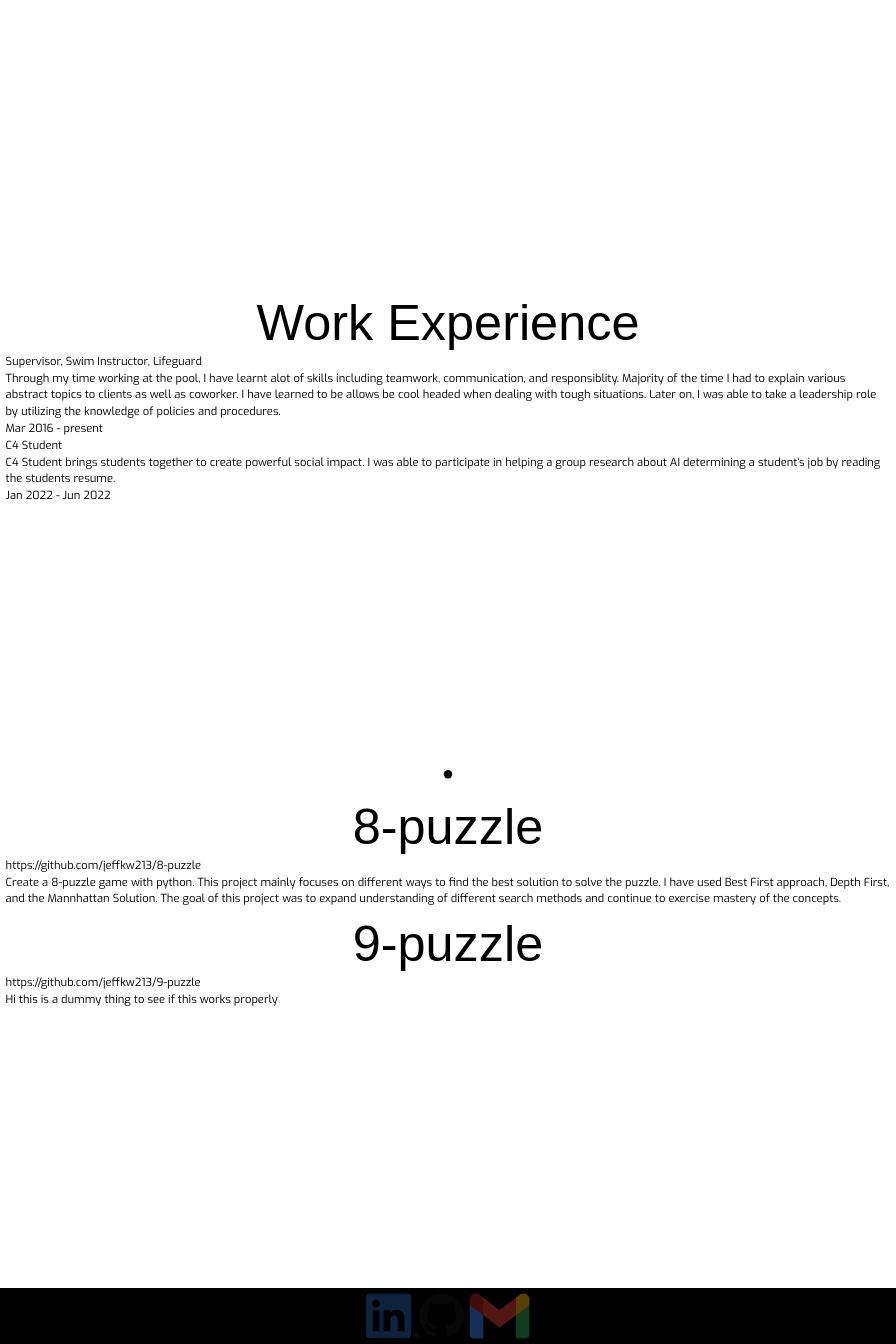
Repository: Jeffkw213/profile_website
Page: /
An editor plug-in stored every save of this project. The page is shown before and after a run of saves, followed by the edit.
The browser window is 1280 px wide. The pictures show the part of the page from y = 1040 to 2960 px (the page is 2960 px tall), at 70% of full size.
Some web fonts or font styles are not loaded; a fallback is used. The project was rebuilt for these pictures with package versions that can differ from the ones it lists, and the page was loaded fresh each time. Also part of the build but not shown: vite.config.js.

Above is the page before, as saved 2022-09-30 15:43:47.

### src/index.jsx
import React from 'react';
import ReactDOM from 'react-dom/client';
import App from './App';
import reportWebVitals from './reportWebVitals';
import './index.css';

// DOM creates an instance of your App component, though it can also pass simple JSX without any component instantiation
const root = ReactDOM.createRoot(document.getElementById('root'));
root.render(
  <React.StrictMode>
    <App />
  </React.StrictMode>
);

// If you want to start measuring performance in your app, pass a function
// to log results (for example: reportWebVitals(console.log))
// or send to an analytics endpoint. Learn more: https://bit.ly/CRA-vitals
reportWebVitals();

### src/App.jsx
import Education from './components/Education';
import Nav from './components/Nav';
import Projects from './components/Projects';
import Title from './components/Title';
import Work from './components/Work';
import records from './data/records.json';
import Navitop from './components/NavigationTop';
const App = () => {
  return (
    <div className="scroll-smooth w-full box-border relative font-Exo min-w-[800]">
      <Navitop />
      <Title {...records.Who} />
      <Education {...records.Education} />
      <Work employ={records.Employment} />
      <Projects />
      <Nav {...records.Social} />
    </div>
  );
};

export default App;

### src/index.css
@import url('https://fonts.googleapis.com/css2?family=Exo:wght@100;400&display=swap');
@import url('http://fonts.cdnfonts.com/css/nexa-bold');

@tailwind base;
@tailwind components;
@tailwind utilities;

@layer base{
    html{
        scroll-behavior: smooth;
    }
}

### src/components/Education.jsx
export default function Education(props) {
  return (
    <div className=" h-screen p-2" id="education">
      <div>
        <h1 className="font-Nexa text-4xl sm:text-7xl text-center pt-4 pb-2">Education</h1>
      </div>
      <p>{props.School}</p>
      <p>{props.Degree}</p>
      <p><strong>Relative Course Work</strong>: {props.RelatativeCoursework}</p>
      <p>
      <strong>Date</strong>: {props.Start} - {props.Graduation}
      </p>
    </div>



  );
}

### src/components/Nav.jsx
//This is gonna be the navigation bar
//Need to create a list of
import Git from '../data/GitHub-Mark-64px.png';
import Linkedin from '../data/LI-In-Bug.png';
import Gmail from '../data/Gmail_Logo_64px.png';
export const List = (props) => (
  <nav className="flex justify-center">
    <ul className="">
      <li className="inline-block">
        <a href={props.Linkedin} target="_blank" rel="noopener noreferrer">
          <img src={Linkedin} alt="Linkedin Logo" className="h-16 opacity-[.35]" />
        </a>
      </li>
      <li className="inline-block">
        <a href={props.Github} target="_blank" rel="noopener noreferrer">
          <img src={Git} alt="Git Logo" className="h-16 opacity-[.35]" />
        </a>
      </li>
      <li className="inline-block ml-2">
        <a href={`mailto:${props.Email}?subject=Hi%20I'm%20Stupid`}>
          <img src={Gmail} alt="Gmail Logo" className="h-16 opacity-[.35]" />
        </a>
      </li>
    </ul>
  </nav>
);

export default function Nav(props) {
  return (
    <div className="h-20 relative w-full py-2 text-center bg-black" id='contacts'>
      <List {...props} />
    </div>
  );
}

### src/components/Projects.jsx
import projects from '../data/projects';

export default function Projects() {
  return (
    <div className='h-screen p-2' id="project">
      {projects.map((item, index) => {
        return (
          <div key={index}>
            <h2 className='font-Nexa text-4xl sm:text-7xl text-center pt-4 pb-2'>{item.name}</h2>
            <a href={item.link} target="_blank" rel="noopener noreferrer">
              {item.link}
            </a>
            <p>{item.about}</p>
          </div>
        );
      })}
    </div>
  );
}

### src/components/Title.jsx
// This is the title of the website
// There would be a breif discription of who I am
// And there would be a navigation button to scroll to a certain section of the page
import { FaProjectDiagram } from 'react-icons/fa';
import { BiArrowToBottom } from 'react-icons/bi';
export default function Title({ Name, Description }) {
  return (
    <div className="bg-black max-w-1/2 w-full px-4" id="home">

      <div className="flex items-center justify-center h-screen">
        <div className="relative max-w-[880px]">
          <div className="absolute inset-0.5 bg-gradient-to-r from-red-600 to-blue-600 rounded-full blur-2xl opacity-80"></div>

          <div className="relative m-2 py-12 text-white ">
            <h1 className="font-Nexa text-4xl sm:text-7xl text-center pt-4 pb-2">{Name}</h1>
            <p className="p-4 mx-0 sm:mx-14 max-w-screen-lg min-w-[50%]">{Description}</p>

            {/* Buttons */}
            <div className="flex items-center justify-center py-2">
              <a href="#project" className="px-2">
                <button
                  className="flex items-center justify-center p-2 px-3 bg-transparent text-white
        transition delay-150 duration-300 ease-in-out hover:scale-110"
                >
                  <FaProjectDiagram className="text-white mr-2" /> Projects
                </button>
              </a>
              <a href="/Resume.pdf" target="_blank" className="px-2">
                <button
                  className="flex items-center justify-center p-2 px-3 bg-transparent border-2 border-indigo-100 text-white
        transition delay-150 duration-300 ease-in-out hover:scale-110"
                >
                  <BiArrowToBottom className=" text-white mr-2" />
                  Resume
                </button>
              </a>
            </div>
          </div>
        </div>
      </div>
    </div>
  );
}

### src/components/Work.jsx
export default function Work({ employ }) {
  return (
    <div className="scroll-mt-10 h-screen max-w-1/2 flex flex-col justify-center items-center p-2" id="work">
      <h1 className="font-Nexa text-4xl sm:text-7xl text-center pt-4 pb-2"> Work Experience </h1>
      {employ.map((item, index) => {
        return (
          <div key={index} className="">
            <p>{item.Role}</p>
            <p>{item.Description}</p>
            <p>{item.Date}</p>
          </div>
        );
      })}
      <div className="bg-black mt-auto h-3 w-3 rounded-full"></div>
    </div>
  );
}

### src/data/records.json
{
  "Who": {
    "Name": "Wing To (Jeff) Kwan",
    "Location": {
      "City": "Richmond Hill",
      "Province": "Ontario",
      "Country": "Canada",
      "Street": "176 Kimono Crescent",
      "Postal": "L4S 2A4"
    },
    "Description": "Recently graduated student that is detail-oriented, and passionate to expand the process of development. Jeff has experience with working in a team to create a project, where he has demonstrated proficient communication and listening skills. He is a problem solver and a strong communicator eager to prove his value and talent at an emerging company. Motivated to advance and expand his skill set through targeted mentorship and challenging projects.",
    "Skills": {
      "Languages": "Python, Java, Javascript, CSS, HTML, SQL, Prolog, C#, C98, C99",
      "Framework": "Numpy, Pandas, MySQL, React, Node.js",
      "Platform": "Linux, Windows, MACOS, Android",
      "Techniques": "OOP, DataStructures, Machine Learning, Data Mining"
    }
  },
  "Social": {
    "Email": "jeffkwan10@gmail.com",
    "Linkedin": "https://www.linkedin.com/in/jeff-kwan-881a41203/",
    "Github": "https://github.com/Jeffkw213"
  },

  "Education": {
    "School": "York University",
    "Degree": "B.Sc., Spec. Hons. Computer Science",
    "RelatativeCoursework": "Web development, Algorithms and Data Structures, Software Engineering, Machine Learning, Databases",
    "Graduation": "August 2022",
    "Start": "Sept 2018"
  },

  "Employment": [
    {
      "Role": "Supervisor, Swim Instructor, Lifeguard",
      "Where": "City of Richmond Hill",
      "Description": "Through my time working at the pool, I have learnt alot of skills including teamwork, communication, and responsiblity. Majority of the time I had to explain various abstract topics to clients as well as coworker. I have learned to be allows be cool headed when dealing with tough situations. Later on, I was able to take a leadership role by utilizing the knowledge of policies and procedures.",
      "Date": "Mar 2016 - present"
    },
    {
      "Role": "C4 Student",
      "Where": "York University",
      "Description": "C4 Student brings students together to create powerful social impact. I was able to participate in helping a group research about AI determining a student's job by reading the students resume.",
      "Date": "Jan 2022 - Jun 2022"
    }
  ]
}

### src/components/NavigationTop.jsx
import { RiContactsLine } from 'react-icons/ri';

export default function ButtonNavi() {
  return (
    <header className="fixed flex w-full justify-end item-center h-20">
      <nav className="p-3 text-center">
        <div className='container flex justify-between items-center mx-auto'>
        <a href="#home">
          <button
            className="flex m-2 p-2 px-3 text-white
      transition delay-150 duration-300 ease-in-out hover:scale-110"
          >
            Home
          </button>
        </a>

        <a href="#education">
          <button
            className="flex m-2 p-2 px-3 bg-transparent text-white
      transition delay-150 duration-300 ease-in-out hover:scale-110"
          >
            Education
          </button>
        </a>
        <a href="#work">
          <button
            className="flex m-2 p-2 px-3 bg-transparent text-white
      transition delay-150 duration-300 ease-in-out hover:scale-110"
          >
            Work Experience
          </button>
        </a>
        <a href="#contacts">
          <button
            className="flex items-center justify-center m-2 p-2 px-3 bg-transparent text-white
        transition delay-150 duration-300 ease-in-out hover:scale-110 border border-slate-300 hover:bg-slate-600/20"
          >
            <RiContactsLine className=" text-white mr-2" />
            Contact
          </button>
        </a>
        </div>
      </nav>
    </header>
  );
}

### src/data/projects.js
export default [
  {
    name: '8-puzzle',
    about: 'Create a 8-puzzle game with python. This project mainly focuses on different ways to find the best solution to solve the puzzle. I have used Best First approach, Depth First, and the Mannhattan Solution. The goal of this project was to expand understanding of different search methods and continue to exercise mastery of the concepts.',
    link: 'https://github.com/jeffkw213/8-puzzle'
  },
  {
    name: '9-puzzle',
    about: 'Hi this is a dummy thing to see if this works properly',
    link: 'https://github.com/jeffkw213/9-puzzle'
  }
];

### tailwind.config.js
/** @type {import('tailwindcss').Config} */
module.exports = {
  content: ['./index.html', './src/**/*.{js,jsx}'],
  theme: {
    extend: {
      fontFamily: {
        Exo : "'Exo', sans-serif",
        Nexa : "'Nexa', sans-serif",
      },
      variants: {
        width: ["responsive", "hover", "focus"]
      },
      minWidth: {
        '1/2': '50%',
      }
    }
  },
  plugins: []
};

Loaded but not shown: public/index.html (common file); src/reportWebVitals.js (common file)

After the next 2 saves:
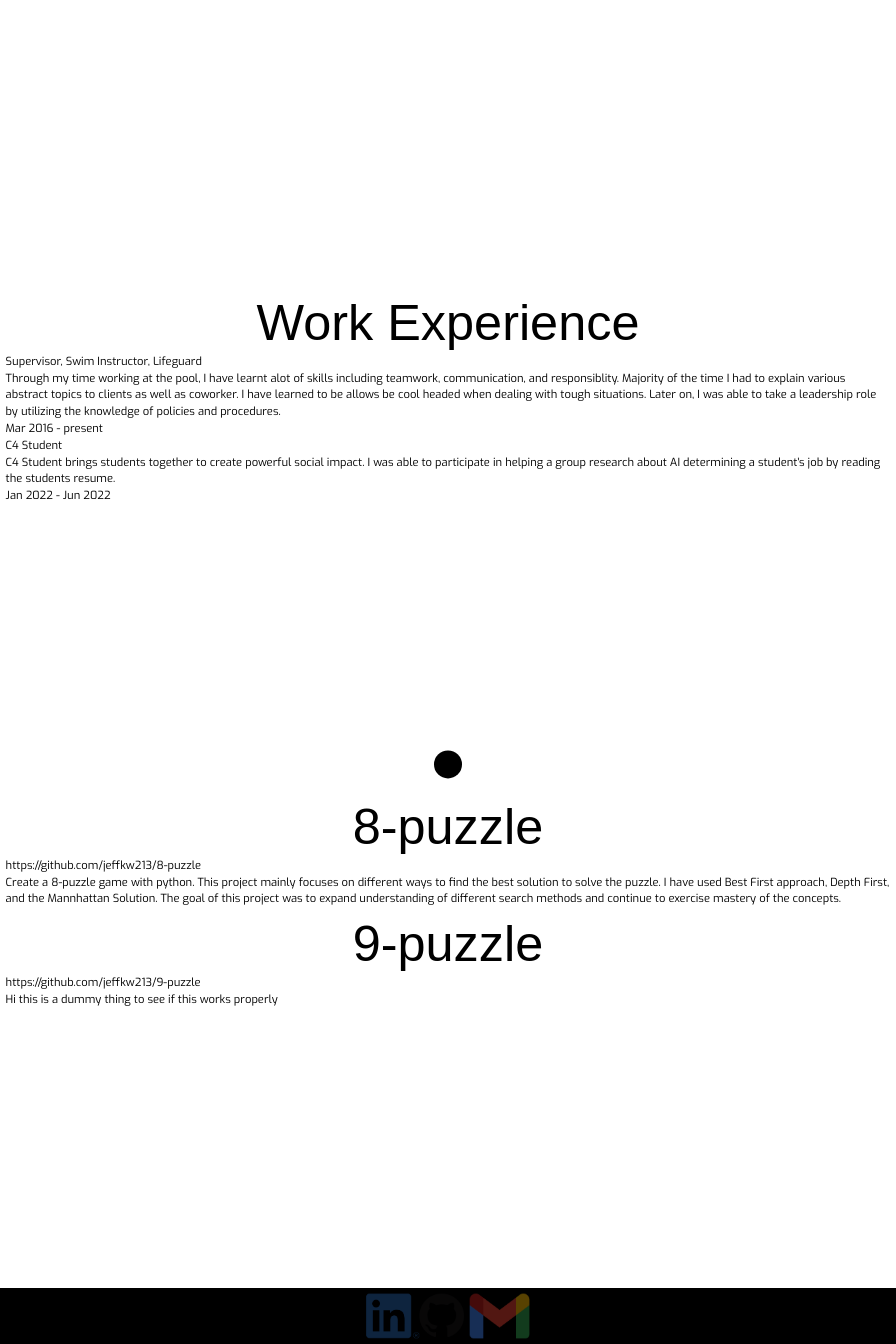
The 2 saves are shown as one change because they came seconds apart.
The last was saved 28 s later.
--- a/src/components/Work.jsx
+++ b/src/components/Work.jsx
@@ -11,7 +11,7 @@
           </div>
         );
       })}
-      <div className="bg-black mt-auto h-3 w-3 rounded-full"></div>
+      <div className="bg-black mt-auto h-10 w-10 rounded-full"></div>
     </div>
   );
 }
